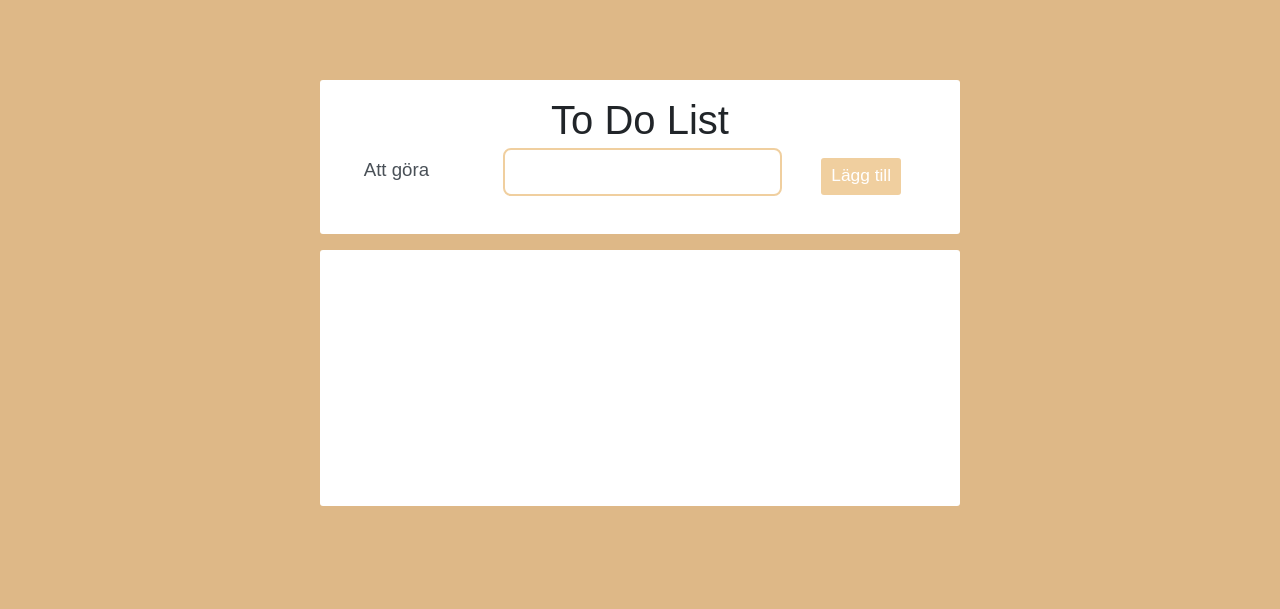
Repository: skepp4rn/todolist
Page: index.html
The author's editor kept a copy of each file at every save. The page is drawn from the files as they stood at one save, then again after a run of saves.
The browser window is 1280 px wide. The pictures show the whole page.
The page's requests for data from a server got no answer. Some web libraries are served in a nearby version.

Above is the page before, as saved 2021-01-28 12:27:21.

After the next 2 saves:
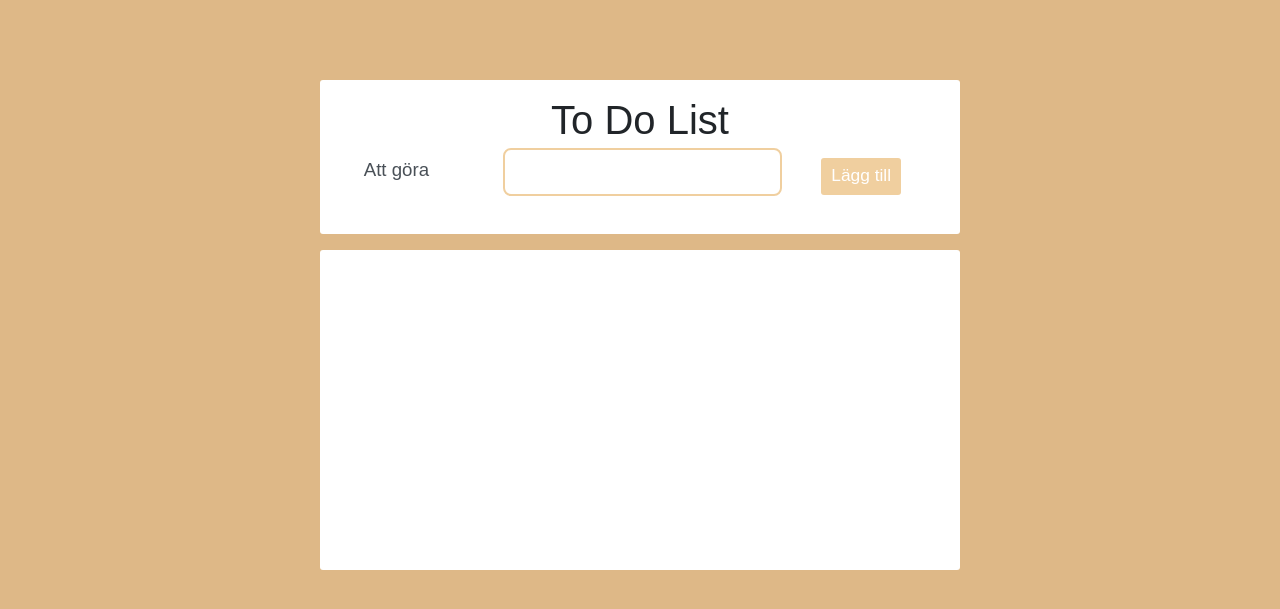
The 2 saves are shown as one change because they came seconds apart.
The last was saved 20 s later.
--- a/css/style.css
+++ b/css/style.css
@@ -30,7 +30,7 @@ body {
     border-radius: 3px;
     margin-top: 1rem;
     padding-bottom: 5rem;
-    height: 20vw;
+    height: 25vw;
     overflow-y: auto;
 }
 
